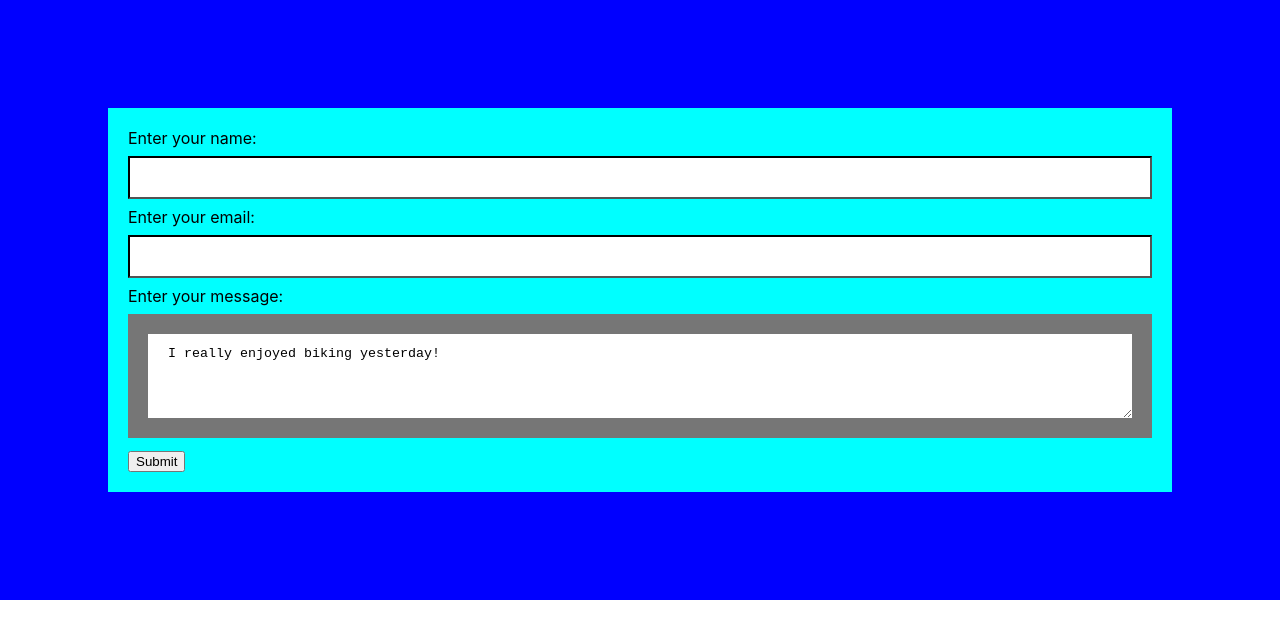
Repository: AddamVictorioDev/ProfileWebsite
Page: /form (app in con/)
These files come from the project's save history. The page is drawn as it stood at one moment and after the next save; the edit follows.
The browser window is 1280 px wide. The pictures show the whole page.
The project was rebuilt for these pictures with package versions that can differ from the ones it lists, and the page was loaded fresh each time. Also part of the build but not shown: con/src/App.css, con/src/home.css, con/src/home.js, con/src/addam.css, con/src/addam.js, con/src/usescripts.js, con/src/projects.js.

Above is the page before, as saved 2023-03-16 18:52:43.

### con/src/index.css
body {
  margin: 0;
  font-family: -apple-system, BlinkMacSystemFont, 'Segoe UI', 'Roboto', 'Oxygen',
    'Ubuntu', 'Cantarell', 'Fira Sans', 'Droid Sans', 'Helvetica Neue',
    sans-serif;
  -webkit-font-smoothing: antialiased;
  -moz-osx-font-smoothing: grayscale;
  /* background-image: url("/Users/addamvictorio/con/src/waterdropwallpp.jpg"); */
  /* background-color: #ffffff; */

}

code {
  font-family: source-code-pro, Menlo, Monaco, Consolas, 'Courier New',
    monospace;
}

### con/src/App.js
import logo from './logo.svg';
import './App.css';
import HomePage from './home';
import Addam from './addam';

import {
  BrowserRouter,
  Routes,
  Route
} from "react-router-dom";
import Projects from './projects';
import MyForm from './form';

function App() {

  return (

    <BrowserRouter>
      <Routes>


      <Route exact path="/" element={<Addam />}  />
      <Route path="projects" element={<Projects />} />
      <Route path="form" element={<MyForm />} />

      </Routes>


  </BrowserRouter>

  );
}

export default App;

### con/src/form.js
import { useState } from 'react';
import ReactDOM from 'react-dom/client';
import './form.css'

function MyForm() {
  const [inputs, setInputs] = useState({});
  const [textarea, setTextarea] = useState(
    "The content of a textarea goes in the value attribute"
  );

  const handleChange = (event) => {
    const name = event.target.name;
    const value = event.target.value;
    setInputs(values => ({...values, [name]: value}))
  }

  const handleSubmit = (event) => {
    event.preventDefault();
    alert(inputs);
  }

  return (
    <div className="center">
    <form onSubmit={handleSubmit}>
      <label>Enter your name:
      <input
        type="text"
        name="username"
        value={inputs.username || ""}
        onChange={handleChange}
      />
      </label>
      <label>Enter your email:
        <input
          type="text"
          name="age"
          value={inputs.age || ""}
          onChange={handleChange}
        />
        </label>
        <label>Enter your message:
        <textarea
        name="postContent"
        defaultValue="I really enjoyed biking yesterday!"
        rows={4}
        cols={40}
      />
        </label>

        <input type="submit" />
    </form>
    </div>
  )
}

export default MyForm;

### con/src/projects.css
.center{
    display: grid;
    justify-content: center;
    align-items: center;


}
.photo-grid {
    display: flex;
    height: 100%;

    border-radius: 10px;
    border-color: black;

    flex-wrap: wrap;
    justify-content: center;
    align-items: center;
    gap: 10px;
    background-color: blueviolet;
  }

  .photo-item {
    height: 100%;


    position: relative;




    overflow: auto;
  }

  img {
    width: 100%;
    height: 100%;


    object-fit: cover;
  }
  .img-text {
    position: absolute;
    width: 100%;
    bottom: 10px;

    color: white;
    background-color: rgb(199, 6, 6);
    padding: 10px;
  }

### con/src/form.css

.container{
    justify-content: center;
    align-items:center;
    background-color: aquamarine;
}

.center{
    display: grid;
    place-items: center;
    height: 600px;
    background-color: blue;

}


form{
    background-color: aqua;
    width: 80%;
    padding: 20px;
}

input[type=text] {
    width: 100%;
    padding: 12px 20px;
    margin: 8px 0;
border-color: black;
    box-sizing: border-box;
  }
  textarea{

    width: 100%;
    padding: 12px 20px;
    margin: 8px 0;
    box-sizing: border-box;
    border-width: 20px;
  }

Loaded but not shown: con/public/index.html (common file); con/src/index.js (common file); con/src/reportWebVitals.js (common file)

After the next save:
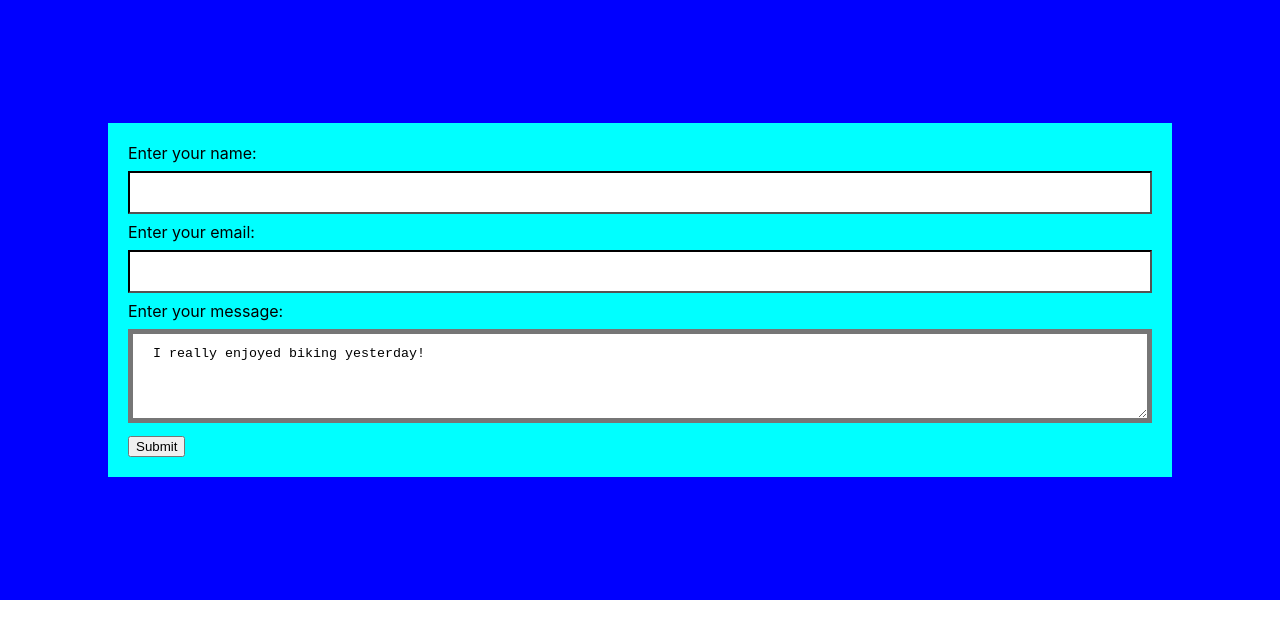
Saved 6 s later.
--- a/con/src/form.css
+++ b/con/src/form.css
@@ -33,5 +33,5 @@ border-color: black;
     padding: 12px 20px;
     margin: 8px 0;
     box-sizing: border-box;
-    border-width: 20px;
+    border-width: 5px;
   }
